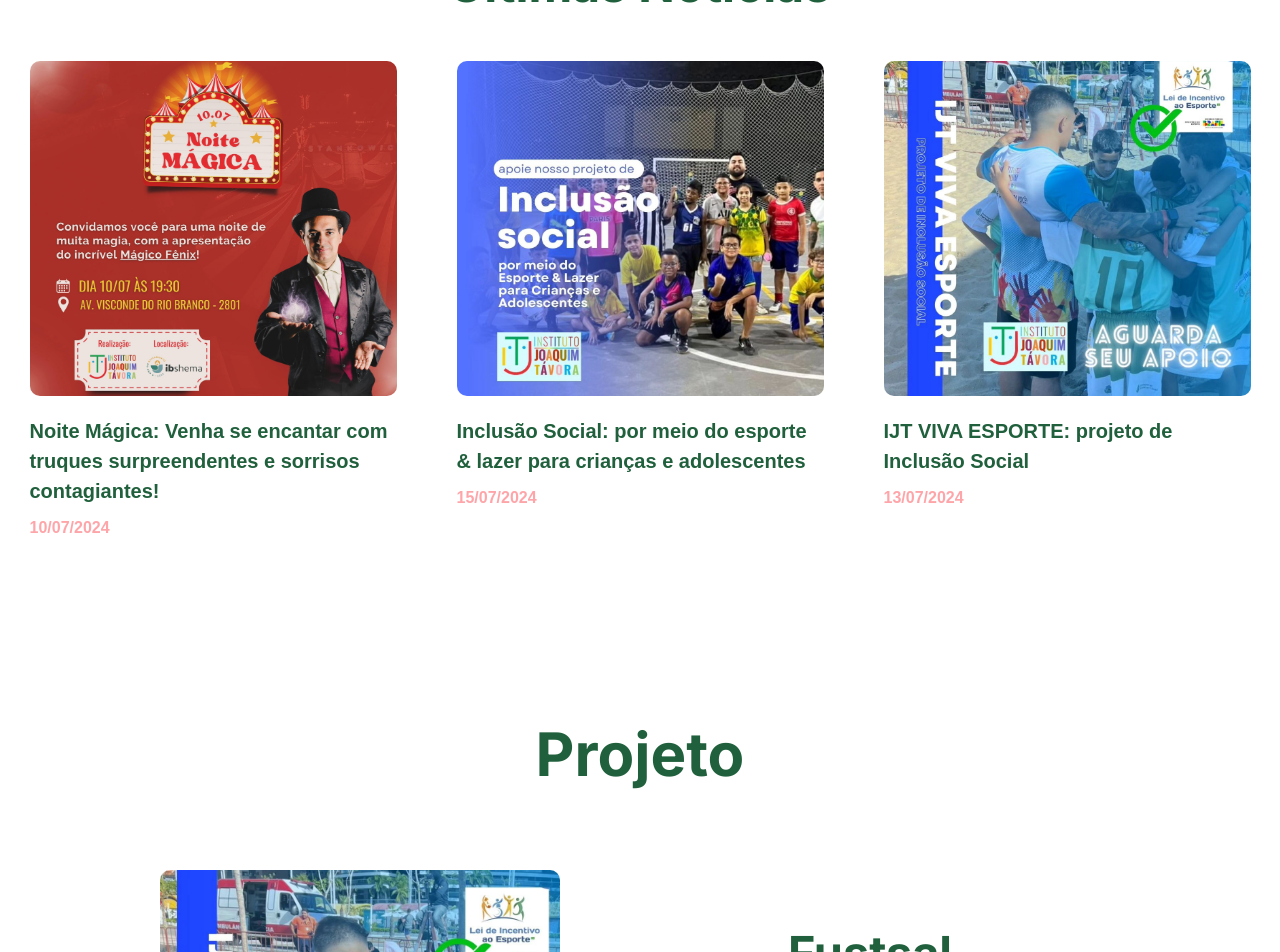
Repository: MarcelloMello90/itj2
Page: index.html
An editor plug-in stored every save of this project. The page is shown before and after the next save, followed by the edit.
The browser window is 1280 px wide. The pictures show the part of the page from y = 991 to 1943 px (the page is 5489 px tall).

Above is the page before, as saved 2024-07-21 20:22:43.

### index.html
<!DOCTYPE html>
<html lang="pt-br">
<head>
  <link rel="preconnect" href="https://fonts.googleapis.com">
  <link rel="preconnect" href="https://fonts.gstatic.com" crossorigin>

  <meta charset="UTF-8">
  <meta name="viewport" content="width=device-width, initial-scale=1.0">

  <!-- <link rel="icon" type="image/svg+xml" href="/vite.svg" /> -->

  <!-- Favicon -->
  <link rel="apple-touch-icon" sizes="180x180" href="assets/favicon_packageapple-touch-icon.png">
  <link rel="icon" type="image/png" sizes="32x32" href="assets/favicon_package/favicon-32x32.png">
  <link rel="icon" type="image/png" sizes="16x16" href="assets/favicon_packagefavicon-16x16.png">
  <link rel="manifest" href="assets/favicon_package/site.webmanifest">
  <link rel="mask-icon" href="assets/favicon_package/safari-pinned-tab.svg" color="#5bbad5">
  <meta name="msapplication-TileColor" content="#da532c">
  <meta name="theme-color" content="#ffffff">
  <title>Instituto Joaquim Távora</title>

  <link href="https://fonts.googleapis.com/css2?family=Barlow:ital,wght@0,100;0,200;0,300;0,400;0,500;0,600;0,700;0,800;0,900;1,100;1,200;1,300;1,400;1,500;1,600;1,700;1,800;1,900&family=Inter:wght@100..900&family=Poppins:ital,wght@0,100;0,200;0,300;0,400;0,500;0,600;0,700;0,800;0,900;1,100;1,200;1,300;1,400;1,500;1,600;1,700;1,800;1,900&family=Roboto:ital,wght@0,100;0,300;0,400;0,500;0,700;0,900;1,100;1,300;1,400;1,500;1,700;1,900&family=Space+Grotesk:wght@300..700&display=swap" rel="stylesheet">


  <link rel="stylesheet" href="style.css">
</head>
<body>
  <div id="app">
    <div id="wrapper_app">
      <header>
        <div class="header_logo">
          <img src="./assets/logo/logo03peq.png" alt="imagem da logo do Instituto Joaquim Távora">
        </div>

        <div class="wrapper_nav">
          <nav>
            <ul>
              <li><a href="http://#" target="_blank">Início</a></li>
              <li><a href="http://#" target="_blank">Sobre nós</a></li>
              <li><a href="http://#" target="_blank">Parceiros</a></li>
              <li><a href="http://#" target="_blank">Notícias</a></li>
              <li><a href="http://#" target="_blank">Contato</a></li>
            </ul>
          </nav>
        </div>
      </header>

      <div class="carousel">
        <video
          class="elementor-background-video"
          autoplay=""
          muted=""
          playsinline=""
          loop=""
          src="/assets/video/Snapinsta.app_video_6F487980DB1930866F1B164CEB50C191_video_dashinit.mp4"
          >
        </video>

        <div id="items-wrapper-carousel">
          <div id="items">
            <div class="item"><img src="./assets/img_carousel/img1.jpg"/></div>
            <div class="item"><img src="./assets/img_carousel/img2.jpg"/></div>
            <!-- <div class="item"><img src="https://unsplash.it/1600/400?image=990"/></div>
            <div class="item"><img src="https://unsplash.it/1600/400?image=980"/></div>
            <div class="item"><img src="https://unsplash.it/1600/400?image=970"/></div>
            <div class="item"><img src="https://unsplash.it/1600/400?image=976"/></div>
            <div class="item"><img src="https://unsplash.it/1600/400?image=993"/></div>
            <div class="item"><img src="https://unsplash.it/1600/400?image=969"/></div> -->
          </div>
        </div>
      </div>

      <main>
        <section id="section1">
          <h1>Últimas Notícias</h1>

          <div class="wrapper_section1">
            <div class="wrapper_items">
              <div class="item_img">
                <img src="./assets/img_carousel/img3.jpg" alt="">
              </div>

              <div class="item_text">
                <p><strong>Noite Mágica:</strong> Venha se encantar com truques surpreendentes e sorrisos contagiantes! </p>
                <span>10/07/2024</span>
              </div>
            </div>

            <div class="wrapper_items">
              <div class="item_img">
                <img src="./assets/img_carousel/img1.jpg" alt="">
              </div>

              <div class="item_text">
                <p><strong>Inclusão Social:</strong> por meio do esporte & lazer para crianças e adolescentes</p>
                <span>15/07/2024</span>
              </div>
            </div>

            <div class="wrapper_items">
              <div class="item_img">
                <img src="./assets/img_carousel/img2.jpg" alt="">
              </div>

              <div class="item_text">
                <p><strong>IJT VIVA ESPORTE:</strong> projeto de Inclusão Social</p>
                <span>13/07/2024</span>
              </div>
            </div>
          </div>
        </section>

        <section id="section3">
          <div class="wrapper_section3">
           <h1>Projeto</h1>

           <div class="wrapper_items3">
            <div class="wrapper_project">
              <div class="project_img">
                <img src="./assets/img_carousel/img2.jpg" alt="">
              </div>

              <div class="project_text">
                <h3>Fustsal</h3>
                <span>
                  Fomos reconhecidos e contemplados através da Ministerio do Esporte, do
                   Governo Federal, com a aprovação do nosso projeto IJT VIVA ESPORTE,
                   visando assistir 80 crianças da comunidade Joaquim Távora e bairros
                   adjacentes. Com estrutura completa desde de uniformes, calçados,
                   alimentações, equipamentos esportivos e equipe de profissionais.
                </span>
              </div>
            </div>

            <div class="wrapper_project">
              <div class="project_text">
                <h3>Fustsal</h3>
                <span>
                  Fomos reconhecidos e contemplados através da Ministerio do Esporte, do
                   Governo Federal, com a aprovação do nosso projeto IJT VIVA ESPORTE,
                   visando assistir 80 crianças da comunidade Joaquim Távora e bairros
                   adjacentes. Com estrutura completa desde de uniformes, calçados,
                   alimentações, equipamentos esportivos e equipe de profissionais.
                </span>
              </div>

              <div class="project_img">
                <img src="./assets/img_carousel/img1.jpg" alt="">
              </div>
            </div>

            <div class="wrapper_project">
              <div class="project_img">
                <img src="./assets/img_carousel/img2.jpg" alt="">
              </div>

              <div class="project_text">
                <h3>Fustsal</h3>
                <span>
                  Fomos reconhecidos e contemplados através da Ministerio do Esporte, do
                   Governo Federal, com a aprovação do nosso projeto IJT VIVA ESPORTE,
                   visando assistir 80 crianças da comunidade Joaquim Távora e bairros
                   adjacentes. Com estrutura completa desde de uniformes, calçados,
                   alimentações, equipamentos esportivos e equipe de profissionais.
                </span>
              </div>
            </div>
          </div>

        </section>

        <section id="section4">
          <div class="wrapper_section4">
            <h1>Parceiros</h1>

            <div class="wrapper_parceiros_logo">
              <div class="item_img_logo">
                <a href="https://www.instagram.com/fatimatortasebolos/" target="_blank"><img src="./assets/parceiros/parceiro_fatimaBolo.jpg" alt=" Logo parceiro fatima bolos"></a>
              </div>

              <div class="item_img_logo">
                <a href="https://www.instagram.com/servicospratrimoniaismoura/" target="_blank">
                  <img src="./assets/parceiros/parceiro_servico_patrionais_moura.jpg"
                  alt=" Logo parceiro fatima bolos">
                </a>
              </div>
            </div>

            <div class="wrapper_form_parceiro">

            </div>
          </div>
        </section>

        <section id="section5">
          <div class="wrapper_section5">
            <h1>Contato</h1>

            <form id="form" action="https://formsubmit.co/contato@institutojoaquimtavora.org" method="POST">
              <div class="wrap-input-mobile">
                <label for="nome"></label>
                <input type="text" id="nome" name="nome" placeholder="Nome" required>

                <label for="email"></label>
                <input type="email" id="email" name="email" placeholder="email"  required>

              </div>

              <label for="area_interesse"></label>
              <input type="text" id="area_interesse" name="area_interesse"  placeholder="Assunto"  required>


              <textarea id="mensagem" name="mensagem" placeholder="Nos fale sua dúvida, sugestão, parceria."></textarea>

              <button class="btn_form"  type="submit">Enviar</button>
            </form>


          </div>
        </section>
      </main>
      <footer>
        <div class="wrapper_footer">
          <div class="box-logo">
            <img
              src="./assets/logo/logo04med.png"
              alt="logo Instituto Joaquim Távora">
          </div>

          <div class="box-contact">
            <span>
              R. Henrique Rabêlo, 1321 - Joaquim Távora, Fortaleza - CE, 60110-540
            </span>

            <span>
              <a href="tel:+5585985350707"> (85) 98535-0707</a>
            </span>

            <span>
              <a href="mailto:contato@institutojoaquimtavora.com.br">contato@institutojoaquimtavora.org</a>
            </span>
          </div>

        </div>
      </footer>
      <div class="footer-ano">
        <span>2024 - Todos os direito reservados | <a href="https://github.com/MarcelloMello90">Criado por Marcelo Melo</a></span>
      </div>
    </div>
  </div>
  <script src="./script.js"></script>
</body>
</html>

### style.css
* {
  margin: 0;
  padding: 0;
  box-sizing: border-box;
  outline: none;

  -webkit-font-smoothing: antialiased;
  -moz-osx-font-smoothing: grayscale;
}

:root{
  font-size: 62.5%;
  --ff-01: "Inter", sans-serif;
  --ff-02: 'Barlow Condensed', sans-serif;
  --ff-03: 'Space Grotesk', sans-serif;
  --ff-04: "Poppins", sans-serif;
  --ff-05: "Roboto", sans-serif;

  --bg01: #20603C;
  --bg02: #00b0f0; /*bg header*/
  --bg03: #00A651; /*bg card-assistencia social*/
  --bg04: #ED1C24; /*bg card-esporte*/
  --bg05: #003399; /*bg card-inclusao digital*/
  --bg06: #6666CC; /*bg card-educaçao*/
  --bg07: #9A1B56; /*bg card-empregabilidade*/
  --bg08: #F4EDE5; /*bg footer*/
  --bg09: #FFDE59; /*bordar box-01 (balao 50 crianças)*/
  --bg10: #6ED8FF; /*bordar box-02 (balao 150 crianças)*/
  --bg11: #FEA5A9; /*bordar box-03 (balao 100 crianças)*/
  --bg12: #000;
  --bg13: #ffffff;
  --bg14: #E6B12E; /* btn*/

  --text01: #00AEEF; /* box logo inicial, text header, h1*/
  --text02: #636363;/*text p*/
  --text03: #666460;/*text p footer*/
}


body{
  font-size: 1.6rem;
  font-family: var(--ff-01);
}

a, button {
  text-decoration: none;
  font-family: var(--ff-01);
  background: transparent;
}

#app{
  width: 100%;
  height: 100vh;
}
#wrapper_app{
  width: 100%;
  height: 100vh;

  display: grid;
  grid-template-areas:
    "header"
    "carousel"
    "main"
    "footer"
  ;

  grid-template-rows: clamp(60px, 16vw + 1rem, 100px) 700px auto auto;
  grid-template-columns: auto;
}

header{
  grid-area: header;

  display: flex;
  align-items: center;
  justify-content: space-between;

  padding: 0 40px;
}

header img{
  width: 132px;
  height: 66px;
}

header .wrapper_nav nav ul{
  text-decoration: none;
  display: flex;
  gap: 20px;
}

header .wrapper_nav nav ul li{
  display: flex;
  text-decoration: none;
}

header .wrapper_nav nav ul li a{
  display: flex;
  text-decoration: none;

  color: var(--bg01);
  font-family: Inter;
  font-size: 16px;
  font-style: normal;
  font-weight: 700;
  line-height: 24px;
  text-transform: uppercase;
}

header .wrapper_nav nav ul li a:hover{
  color: var(--bg14);
}


/* carousel */

.carousel{
  grid-area: carousel;
  height: 100%;
  width: 100%;
}

/* elemento vídeo */
.elementor-background-video{
  width: 100%;
  height: 600px;
}

video{
  width: 100%;
  height: 100%;
  object-fit: cover;
}

/* carousel */
#items-wrapper-carousel{
  width: 100%;
  display: none;
}

#items{
  display: flex;

  overflow-x: hidden;
  /*propriedade que exibe 100% uma imagem que esta sendo exibida mais de 50% da tela*/
  scroll-snap-type: x mandatory;
  -webkit-overflow-scrolling: touch;

  /*deixa o comportamento suave ao passar o elemento  */
  scroll-behavior: smooth;
}

.item{
  /* anula a propriedade do display flex */
  flex: none;

  width: 100%;
  height: 700px;

  /* propriedade que inicia a propriedade scroll-snap-type. Essa propriedade exibe 100% uma imagem que esta sendo exibida mais de 50% da tela */
  scroll-snap-align: start;

  /* tira o evento do cursor sobre o elemento. Assim posso fazer o scroll utilizando a roda do mouse quando o ponteiro estiver em cima do elemento*/
  pointer-events: none;

  /* Adiciona a transição suave */
  transition: transform 3s ease-in-out;

}


img{
  width: 100%;
  height: 99%;

  /* imagem se adapta a 100% do tamanho da caixa */
  object-fit: cover;
}
/* fim carousel */


main{
  grid-area: main;

  display: grid;
  place-items: center;
  grid-template-areas:
    "section1"
    "section2"
    "section3"
    "section4"
    "section5"
  ;
  grid-template-columns: 1fr;
  grid-template-rows: auto auto auto auto;

  margin-top: 160px;

  gap: 100px;

}


/* section1 */
#section1{
  grid-area: section1;

  width: 100%;
  height: 100%;

  display: flex;
  flex-direction: column;
  justify-content: center;
  align-items: center;
  gap: 60px;

  color: var(--bg01);
  font-size: 32px;
  font-weight: 600;
  line-height: 32px;
  /* text-transform: uppercase; */
}

.wrapper_section1{
  display: flex;
  gap: 60px;
}

.wrapper_items{
  display: flex;
  flex-direction: column;
  /* gap: 150px; */
}

.item_img{
  width: 367px;
  height: 335px;
}

.item_img img{
  width: 100%;
  height: 100%;

  border-radius: 10px;
  object-fit: cover;
  object-position: center center;
}

.item_text{
  width: 367px;
  margin-top: 20px;
}

.item_text p{
  color: var(--bg01);
  font-family: "Liberation Sans";
  font-size: 20px;
  font-style: normal;
  font-weight: 700;
  line-height: 30px;
  /* text-transform: uppercase; */
}

.item_text span{
  color: var(--bg11);
  font-family: "Liberation Sans";
  font-size: 16px;
  font-style: normal;
  font-weight: 700;
  line-height: 20px;
  text-transform: uppercase;
}

#btn_section1{
  display: flex;

  justify-content: center;
  align-items: center;
  flex-shrink: 0;

  border-radius: 10px;
  border: 2px solid var(--bg14);
}

#btn_section1 a{
  background-color: none;
  padding: 18px;


  color: var(--bg01);
  text-align: center;
  font-family: Inter;
  font-size: 14px;
  font-style: normal;
  font-weight: 700;
  line-height: 16px;
}
/* fim section 1 */



/* section2 */
#section2{
  grid-area: section2;

  background: var(--bg01);
  width: 100%;
  height: 800px;
  display: flex;
  justify-content: center;
}

.wrapper_section2{
  width: 1000px;
  height: 100%;

  display: flex;
  flex-direction: column;
  justify-content: center;
  align-items: center;
  gap: 60px;


  color: var(--bg13);
  font-size: 40px;
  font-weight: 600;
  line-height: 32px;
}

#section2 p{
  color: var(--bg13);
  font-family: Inter;
  font-size: 18px;
  font-style: normal;
  font-weight: 400;
  line-height: 40px;
}
/* fim section2 */


/* section3 */
#section3{
  grid-area: section3;

  width: 100%;
  height: 100%;
  display: flex;
  justify-content: center;
}

.wrapper_section3{
  width: 1000px;
  height: 100%;

  display: flex;
  flex-direction: column;
  justify-content: center;
  align-items: center;
  gap: 100px;


  color: var(--bg01);
  font-size: 40px;
  font-weight: 600;
  line-height: 32px;
}

.wrapper_items3{
  display: flex;
  flex-direction: column;
  gap: 150px;
}

.wrapper_project{
  display: flex;
  justify-content: center;
  align-items: center;
  gap: 60px;
}

.project_img {
  width: 400px;
  height: 420px
}

.project_img img{
  width: 100%;
  height: 100%;

  border-radius: 10px;
  object-fit: cover;
  object-position: center center;
}

.project_text{
  width: 500px;
  display: flex;
  flex-direction: column;
  align-items: center;
  gap: 30px;
}

.project_text span{
  color: var(--bg01);
  font-family: var(--ff-01);
  font-size: 16px;
  font-weight: 500;
  line-height: 32px;
  text-transform: uppercase;
}
/* fim section3 */

/* section4 */
#section4{
  grid-area: section4;

  background: var(--bg01);

  width: 100%;
  height: 800px;
  display: flex;
  justify-content: center;
}

.wrapper_section4{
  width: 1000px;
  height: 100%;

  display: flex;
  flex-direction: column;
  justify-content: center;
  align-items: center;
  gap: 150px;


  color: var(--bg13);
  font-size: 40px;
  font-weight: 600;
  line-height: 32px;
}

.wrapper_parceiros_logo{
  width: 100%;
  display: flex;
  justify-content: space-around;
}

.item_img_logo{
  width: 220px;
  height: 200px;
}

.item_img_logo img{
  width: 100%;
  height: 100%;

  border-radius: 10px;
  object-fit: cover;
  object-position: center center;
}
/* fim section4 */

/* section45*/
#section5{
  grid-area: section5;

  width: 100%;
  height: 600px;
  display: flex;
  justify-content: center;
}

.wrapper_section5{
  width: 1000px;
  height: 100%;

  display: flex;
  flex-direction: column;
  justify-content: center;
  align-items: center;
  gap: 60px;


  color: var(--bg01);
  font-size: 40px;
  font-weight: 600;
  line-height: 32px;
}


/* form desktop */
#box-form{
  max-width: 100%;

  display: none;
  justify-content: center;
  align-items: center;
  justify-content: flex-end;
}

#form{
  max-width: 100rem;

  display: flex;
  flex-direction: row;
  padding: .5rem;
  gap: 1.5rem;
  flex-wrap: wrap;
  justify-content: flex-end;
}


#form label{
  color: var(--bg01);
  font-size: 1rem;
}

#form input {
  width: 100%;
  height: 4rem;

  padding: 1.5rem;
  border-radius: 1rem;
  border: 1px solid var(--bg01);
}

.wrap-input-mobile{
  display: flex;
  flex-direction: row;
  width: 100%;
  margin-top: 2rem;
}

.wrap-input-mobile input:nth-child(2){
  margin-right: 3rem;
}

#form textarea {
  width: 100%;
  height: 10rem;

  margin-top: 1rem;
  padding: 1.5rem;
  border-radius: 1rem;
  border: 1px solid var(--bg01);

  resize: none;
}

#form input::placeholder{
  color: rgb(182, 176, 176);
}

#form input, textarea::placeholder{
  color: rgb(151, 145, 145);
}
.btn_form{
  background-color: var(--bg01);
  width: 16rem;
  height: 5.5rem;
  color: var(--bg13);
  border: none;
  border-radius: 1rem;
  font-size: 2rem;
  font-weight: bold;
  margin-top: 2rem;
  margin-bottom: 5rem;
}

.btn_form:hover{
  background-color: #5fad81;
}
/* fim section5 */



footer{
  background: var(--bg01);
  grid-area: footer;

  color: var(--bg13);

  width: 100%;
  height: auto;
  display: flex;
  justify-content: center;
}

.wrapper_footer{
  display: flex;
  flex-direction: column;
  justify-content: center;
  align-items: center;

  padding: 50px 0;

  gap: 60px;
}

.box-logo{
  background: var(--bg13);
  padding: 16px;
  border-radius: 10px;
}

.box-contact{
  display: flex;
  flex-direction: column;
  align-items: center;
  gap: 20px;
}

.box-contact a{
  text-decoration: none;
  color: var(--bg13);
}

.box-contact span a:hover{
  text-decoration: none;
  color: var(--bg14);
}

.footer-ano {
  width: 100%;

  display: flex;
  justify-content: center;

  padding: 10px;

  background-color: var(--bg01);
  border-top: 1px solid var(--bg08);

  color: var(--bg13);
  font-size: 1.4rem;
}

.footer-ano a{
  text-decoration: none;
  color: var(--bg13);
}


.footer-ano a:hover{
  text-decoration: none;
  color: var(--bg14);
}

### script.js
const items = document.querySelector("#items");
let currentIndex = 0;
const itemCount = items.children.length;
const scrollAmount = items.clientWidth;

function scrollToNext() {
  currentIndex = (currentIndex + 1) % itemCount;
  items.scrollTo({
    left: scrollAmount * currentIndex,
    behavior: 'smooth'
  });
}

// Define o intervalo para mudar a cada 3 segundos
setInterval(scrollToNext, 3000);

items.addEventListener("wheel", event => {
  clearInterval(autoScrollInterval);
  if(event.deltaY > 0) {
    items.scrollBy({left: scrollAmount, behavior: 'smooth'});
  } else {
    items.scrollBy({left: -scrollAmount, behavior: 'smooth'});
  }
  autoScrollInterval = setInterval(scrollToNext, 4000);
});

After the next save:
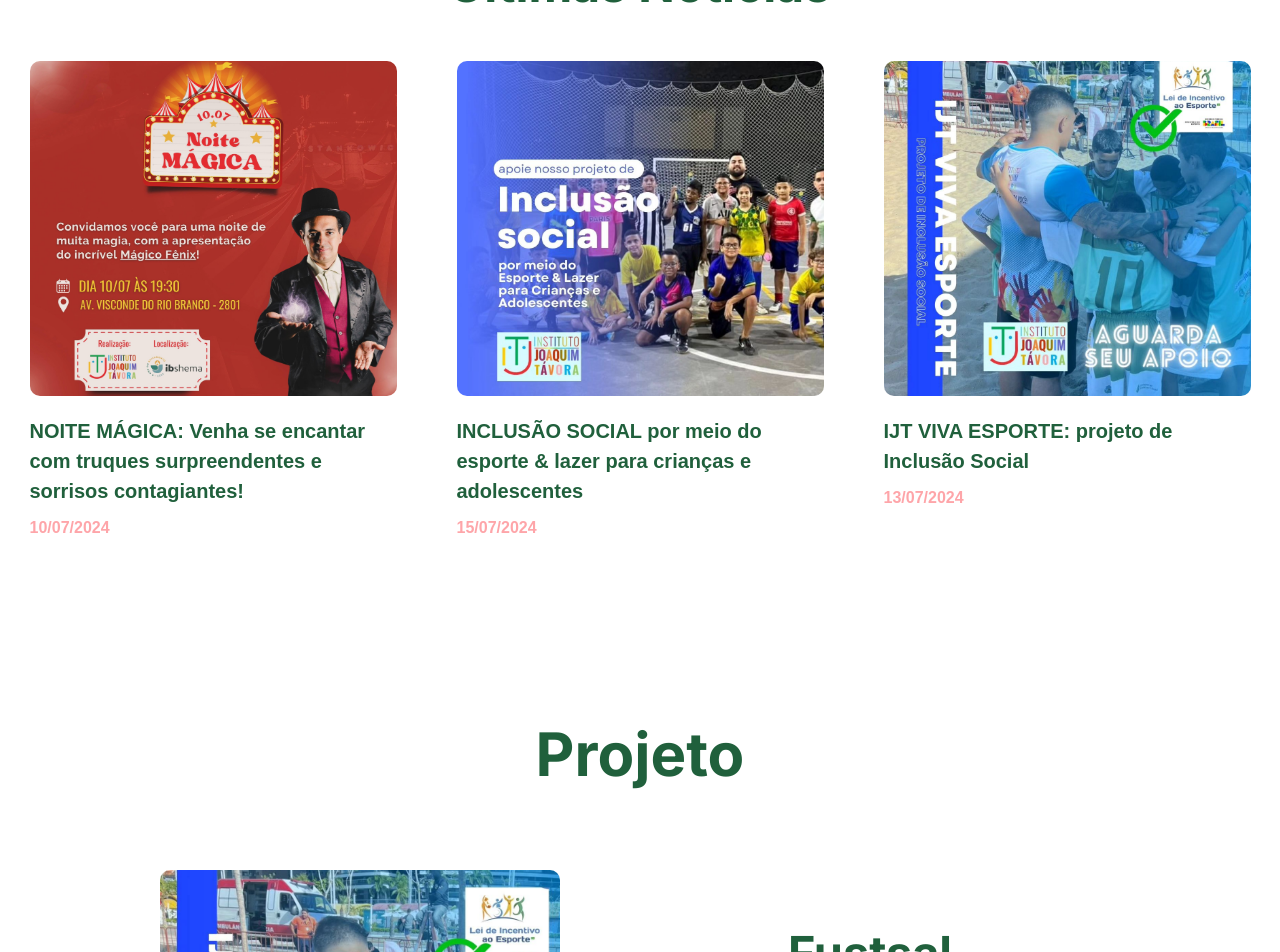
Saved 56 s later.
--- a/index.html
+++ b/index.html
@@ -81,7 +81,7 @@
               </div>
 
               <div class="item_text">
-                <p><strong>Noite Mágica:</strong> Venha se encantar com truques surpreendentes e sorrisos contagiantes! </p>
+                <p>NOITE MÁGICA: Venha se encantar com truques surpreendentes e sorrisos contagiantes! </p>
                 <span>10/07/2024</span>
               </div>
             </div>
@@ -92,7 +92,7 @@
               </div>
 
               <div class="item_text">
-                <p><strong>Inclusão Social:</strong> por meio do esporte & lazer para crianças e adolescentes</p>
+                <p>INCLUSÃO SOCIAL por meio do esporte & lazer para crianças e adolescentes</p>
                 <span>15/07/2024</span>
               </div>
             </div>
